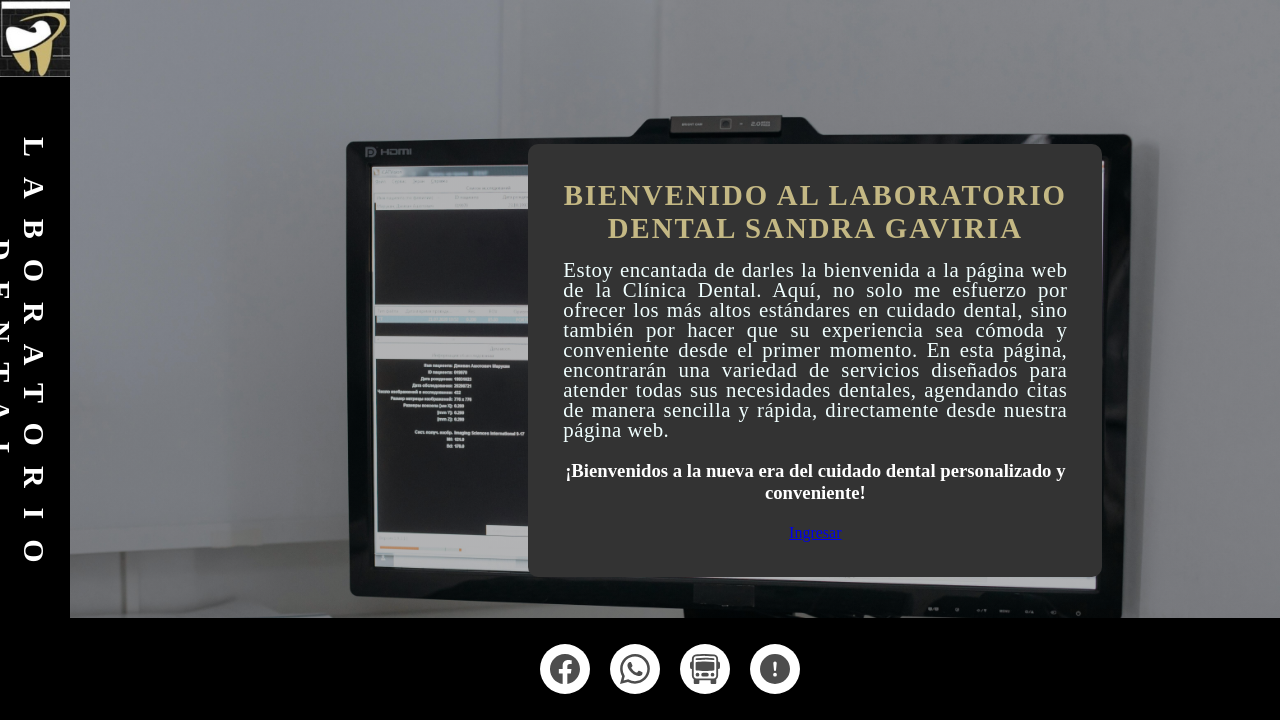
Repository: IIntef/ProyectoDental2.0
Page: Proyecto/Proyecto/Fer.html
An editor plug-in stored every save of this project. The page is shown before and after the next save, followed by the edit.
The browser window is 1280 px wide. The pictures show the whole page.

Above is the page before, as saved 2024-06-20 17:17:42.

### Proyecto/Proyecto/Fer.html
<!DOCTYPE html>
<html lang="en">
<head>
    <meta charset="UTF-8">
    <meta name="viewport" content="width=device-width, initial-scale=1.0">
    <title>Inicio</title>
    <link rel="stylesheet" href="StyleFer.css">
<body>
    <header>
        <img src="Logo.jpeg" alt="Logo Laboratorio Dental">
        <h1>LABORATORIO DENTAL</h1>
    </header>
    <main>
        <div class="container">
            <h2>BIENVENIDO AL LABORATORIO DENTAL SANDRA GAVIRIA</h2>
            <p>Estoy encantada de darles la bienvenida a la página web de la Clínica Dental. Aquí, no solo me esfuerzo por ofrecer los más altos estándares
            en cuidado dental, sino también por hacer que su experiencia sea cómoda y conveniente desde el primer momento.
            En esta página, encontrarán una variedad de servicios diseñados para atender todas sus necesidades dentales, agendando citas de manera sencilla y rápida, directamente desde nuestra página web.</p>
            <h3>¡Bienvenidos a la nueva era del cuidado dental personalizado y conveniente!</h3>
            <div class="buttons">
                <a href="#" class="btn"> Ingresar</a>
            </div>
        </div>
    </main>
    <footer>
        <ul class="example-2">
            <li class="icon-content">
            <a
                href="https://www.facebook.com/profile.php?id=100042873386422&mibextid=ZbWKwL"
                aria-label="Facebook"
                data-social="Facebook">
                <div class="filled"></div>
                <svg xmlns="http://www.w3.org/2000/svg" width="16" height="16" fill="currentColor" class="bi bi-facebook" viewBox="0 0 16 16">
                    <path d="M16 8.049c0-4.446-3.582-8.05-8-8.05C3.58 0-.002 3.603-.002 8.05c0 4.017 2.926 7.347 6.75 7.951v-5.625h-2.03V8.05H6.75V6.275c0-2.017 1.195-3.131 3.022-3.131.876 0 1.791.157 1.791.157v1.98h-1.009c-.993 0-1.303.621-1.303 1.258v1.51h2.218l-.354 2.326H9.25V16c3.824-.604 6.75-3.934 6.75-7.951"/>
                </svg>
            </a>
            <div class="tooltip">Facebook</div>
            </li>
            <li class="icon-content">
            <a href="#" aria-label="Whatsapp" data-social="Whatsapp">
                <div class="filled"></div>
                <svg xmlns="http://www.w3.org/2000/svg" width="16" height="16" fill="currentColor" class="bi bi-whatsapp" viewBox="0 0 16 16">
                    <path d="M13.601 2.326A7.85 7.85 0 0 0 7.994 0C3.627 0 .068 3.558.064 7.926c0 1.399.366 2.76 1.057 3.965L0 16l4.204-1.102a7.9 7.9 0 0 0 3.79.965h.004c4.368 0 7.926-3.558 7.93-7.93A7.9 7.9 0 0 0 13.6 2.326zM7.994 14.521a6.6 6.6 0 0 1-3.356-.92l-.24-.144-2.494.654.666-2.433-.156-.251a6.56 6.56 0 0 1-1.007-3.505c0-3.626 2.957-6.584 6.591-6.584a6.56 6.56 0 0 1 4.66 1.931 6.56 6.56 0 0 1 1.928 4.66c-.004 3.639-2.961 6.592-6.592 6.592m3.615-4.934c-.197-.099-1.17-.578-1.353-.646-.182-.065-.315-.099-.445.099-.133.197-.513.646-.627.775-.114.133-.232.148-.43.05-.197-.1-.836-.308-1.592-.985-.59-.525-.985-1.175-1.103-1.372-.114-.198-.011-.304.088-.403.087-.088.197-.232.296-.346.1-.114.133-.198.198-.33.065-.134.034-.248-.015-.347-.05-.099-.445-1.076-.612-1.47-.16-.389-.323-.335-.445-.34-.114-.007-.247-.007-.38-.007a.73.73 0 0 0-.529.247c-.182.198-.691.677-.691 1.654s.71 1.916.81 2.049c.098.133 1.394 2.132 3.383 2.992.47.205.84.326 1.129.418.475.152.904.129 1.246.08.38-.058 1.171-.48 1.338-.943.164-.464.164-.86.114-.943-.049-.084-.182-.133-.38-.232"/>
                </svg>
            </a>
            <div class="tooltip">Whatsapp</div>
            </li>
            <li class="icon-content">
            <a
                href="https://maps.app.goo.gl/ANEuUgRV9diJPPBv7"
                aria-label="Mapa"
                data-social="Mapa">
                <div class="filled"></div>
                <svg xmlns="http://www.w3.org/2000/svg" width="16" height="16" fill="currentColor" class="bi bi-bus-front" viewBox="0 0 16 16">
                    <path d="M5 11a1 1 0 1 1-2 0 1 1 0 0 1 2 0m8 0a1 1 0 1 1-2 0 1 1 0 0 1 2 0m-6-1a1 1 0 1 0 0 2h2a1 1 0 1 0 0-2zm1-6c-1.876 0-3.426.109-4.552.226A.5.5 0 0 0 3 4.723v3.554a.5.5 0 0 0 .448.497C4.574 8.891 6.124 9 8 9s3.426-.109 4.552-.226A.5.5 0 0 0 13 8.277V4.723a.5.5 0 0 0-.448-.497A44 44 0 0 0 8 4m0-1c-1.837 0-3.353.107-4.448.22a.5.5 0 1 1-.104-.994A44 44 0 0 1 8 2c1.876 0 3.426.109 4.552.226a.5.5 0 1 1-.104.994A43 43 0 0 0 8 3"/>
                    <path d="M15 8a1 1 0 0 0 1-1V5a1 1 0 0 0-1-1V2.64c0-1.188-.845-2.232-2.064-2.372A44 44 0 0 0 8 0C5.9 0 4.208.136 3.064.268 1.845.408 1 1.452 1 2.64V4a1 1 0 0 0-1 1v2a1 1 0 0 0 1 1v3.5c0 .818.393 1.544 1 2v2a.5.5 0 0 0 .5.5h2a.5.5 0 0 0 .5-.5V14h6v1.5a.5.5 0 0 0 .5.5h2a.5.5 0 0 0 .5-.5v-2c.607-.456 1-1.182 1-2zM8 1c2.056 0 3.71.134 4.822.261.676.078 1.178.66 1.178 1.379v8.86a1.5 1.5 0 0 1-1.5 1.5h-9A1.5 1.5 0 0 1 2 11.5V2.64c0-.72.502-1.301 1.178-1.379A43 43 0 0 1 8 1"/>
                </svg>
            </a>
            <div class="tooltip">Ubicacion</div>
            </li>
            <li class="icon-content">
            <a href="#" aria-label="Acercade" data-social="Acercade">
                <div class="filled"></div>
                <svg xmlns="http://www.w3.org/2000/svg" width="16" height="16" fill="currentColor" class="bi bi-exclamation-circle-fill" viewBox="0 0 16 16">
                    <path d="M16 8A8 8 0 1 1 0 8a8 8 0 0 1 16 0M8 4a.905.905 0 0 0-.9.995l.35 3.507a.552.552 0 0 0 1.1 0l.35-3.507A.905.905 0 0 0 8 4m.002 6a1 1 0 1 0 0 2 1 1 0 0 0 0-2"/>
                </svg>
            </a>
            <div class="tooltip">Sobre Nosotros</div>
            </li>
        </ul>
    </footer>
</body>
</html>

### Proyecto/Proyecto/StyleFer.css
header{
    position: relative;
    background-color: #000000;
    width: fit-content;
    height: 100vh;
    display: flex;
    flex-direction: column;
    align-items: center;
    justify-content: space-between;
    z-index: 1;
}

header h1 {
        position: absolute;
        top: 0;
        bottom: 0;
        left: 0;
        right: 0;
        margin: 27%;
        writing-mode: vertical-rl;
        letter-spacing: 20px;
        font-size: 30px;
        transform: rotate(0deg);
        color: #fff;
        font-weight: bold;
    }


header img {
    width: 8vw;
    max-width: 70px;
}

main{
    width: 100%;
    justify-content:center;
    align-items: center;
    margin-left: calc(55% - 6.5cm);
}

.container{
    flex: 1;
    background-color: #333;
    color: #ffffff;
    padding: 35px;
    text-align: center;
    width: 70vw;
    max-width: 70vh;
    border-radius: 10px;
}
body {
    padding: 0;
    margin: 0;
    font-family: 'Times New Roman', Times, serif, Helvetica, Arial, sans-serif;
    display: flex;
    align-items: center;
    min-height: 100%;
    background: linear-gradient(rgba(5,7,12,0.3), rgba(5,7,12,0.3)), url("Fondo.jpg"), no-repeat center center fixed;
    width: 100%;
    background-size: cover;
}

h1{
    margin: 0;
    color: white;
    font-family: 'Fredoka One', cursive;
    letter-spacing: 2px;
    font-size: clamp(1.5rem, 2.5vw, 2rem);
    text-align: center;
}

h2{
    margin: 0;
    color: #c4b884;
    font-family: 'Fredoka One';
    letter-spacing: 2px;
    font-size: clamp(1.2rem, 2.5vw, 1.8rem);
    text-align:center;
}

h3{
    color: #ffffff;
}

p{
    font-weight: 100;
    line-height: 20px;
    letter-spacing: 0.5px;
    margin: 15px 0 20px;
    font-size: clamp(1.2rem, 2.5vw, 1.3rem);
    text-align: justify;
    color:azure;
}


.buttons {
    margin-top: 20px;
    align-items: center;
}

button {
    font-size: large;
    background-color: #c8b87d;
    color: #ffffff;
    border: none;
    padding: 10px 20px;
    margin: 5px;
    cursor: pointer;
    border-radius: 30px; /* Bordes redondos */
    transition: background-color 0.3s; /* Transición suave del color de fondo */
}

button:hover {
    background-color: #c4b884; /* Cambia el color al pasar el cursor */
}

footer{
    position: fixed; /* Fijar el pie de página */
    bottom: 0; /* Alinearlo al fondo */
    left: 0; /* Alinearlo a la izquierda */
    width: 100%; /* Ocupar todo el ancho */
    background-color: #000000; /* Color de fondo */
    padding: 10px; /* Espaciado interior */
    text-align: right; /* Alinear contenido a la derecha */
    color: #ffffff; /* Color del texto */
}
h6{
    text-align: center;
    letter-spacing: 0cap;
}

footer img {
    width: 8vw;
    max-width: 70px;
}

iframe img{
    width: 8vw;
    max-width: 70px;
}

ul {
    list-style: none;
}

.example-2 {
    display: flex;
    justify-content: center;
    align-items: center;
}

.example-2 .icon-content {
    margin: 0 10px;
    position: relative;
}
.example-2 .icon-content .tooltip {
    position: absolute;
    top: -30px;
    left: 50%;
    transform: translateX(-50%);
    color: #fff;
    padding: 6px 10px;
    border-radius: 5px;
    opacity: 0;
    visibility: hidden;
    font-size: 14px;
    transition: all 0.3s ease;
}

.example-2 .icon-content:hover .tooltip {
    opacity: 1;
    visibility: visible;
    top: -50px;
}
.example-2 .icon-content a {
    position: relative;
    overflow: hidden;
    display: flex;
    justify-content: center;
    align-items: center;
    width: 50px;
    height: 50px;
    border-radius: 50%;
    color: #4d4d4d;
    background-color: #fff;
    transition: all 0.3s ease-in-out;
}

.example-2 .icon-content a:hover {
    box-shadow: 3px 2px 45px 0px rgb(0 0 0 / 12%);
}

.example-2 .icon-content a svg {
    position: relative;
    z-index: 1;
    width: 30px;
    height: 30px;
}

.example-2 .icon-content a:hover {
    color: white;
}

.example-2 .icon-content a .filled {
    position: absolute;
    top: auto;
    bottom: 0;
    left: 0;
    width: 100%;
    height: 0;
    background-color: #000;
    transition: all 0.3s ease-in-out;
}

.example-2 .icon-content a:hover .filled {
    height: 100%;
}

.example-2 .icon-content a[data-social="Facebook"] .filled,
.example-2 .icon-content a[data-social="Facebook"] ~ .tooltip {
    background-color: #142fcc;
}

.example-2 .icon-content a[data-social="Whatsapp"] .filled,
.example-2 .icon-content a[data-social="Whatsapp"] ~ .tooltip {
    background-color: #258525;
}
.example-2 .icon-content a[data-social="Mapa"] .filled,
.example-2 .icon-content a[data-social="Mapa"] ~ .tooltip {
    background-color: rgb(153, 62, 62);
}
.example-2 .icon-content a[data-social="Acercade"] .filled,
.example-2 .icon-content a[data-social="Acercade"] ~ .tooltip {
    background-color: #837431;
}

.tooltip {
    text-align: center;
}

After the next save:
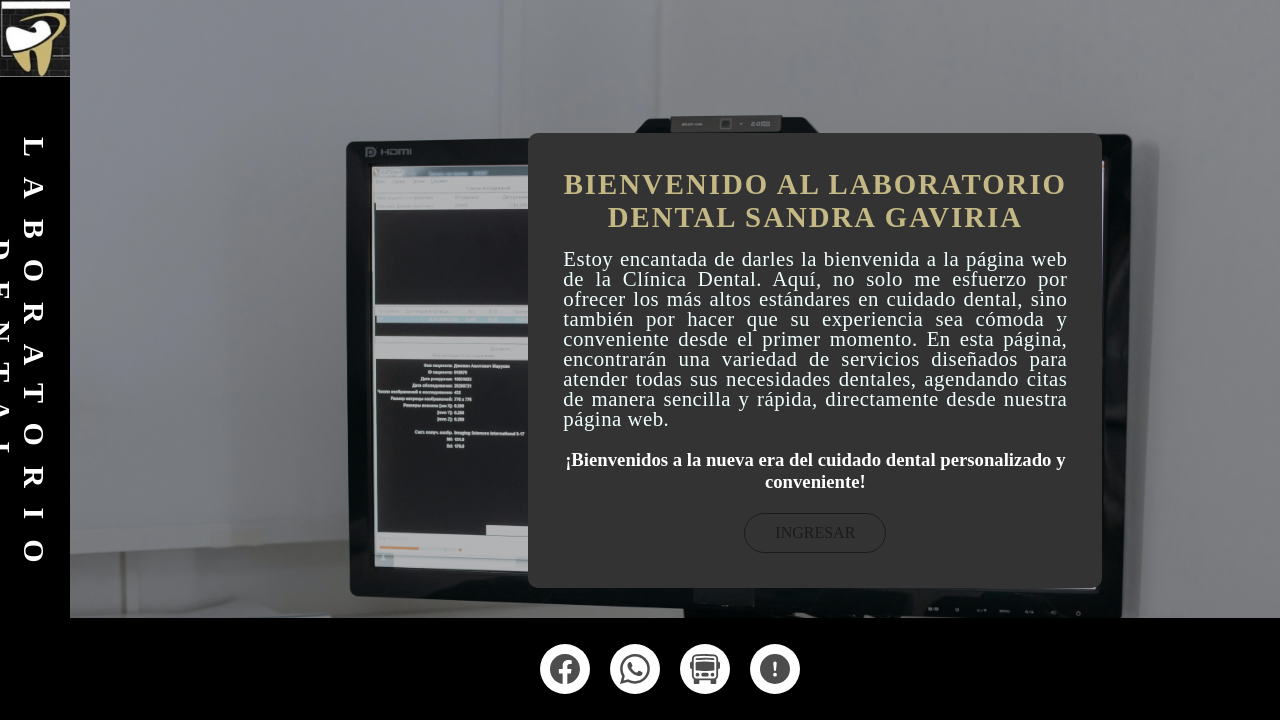
Saved 67 s later.
--- a/Proyecto/Proyecto/StyleFer.css
+++ b/Proyecto/Proyecto/StyleFer.css
@@ -98,20 +98,45 @@ p{
     align-items: center;
 }
 
-button {
-    font-size: large;
-    background-color: #c8b87d;
-    color: #ffffff;
-    border: none;
-    padding: 10px 20px;
-    margin: 5px;
-    cursor: pointer;
-    border-radius: 30px; /* Bordes redondos */
-    transition: background-color 0.3s; /* Transición suave del color de fondo */
-}
-
-button:hover {
-    background-color: #c4b884; /* Cambia el color al pasar el cursor */
+.btn:link,
+.btn:visited {
+text-transform: uppercase;
+text-decoration: none;
+color: rgb(27, 27, 27);
+padding: 10px 30px;
+border: 1px solid;
+border-radius: 1000px;
+display: inline-block;
+transition: all .2s;
+position: relative;
+}
+
+.btn:hover {
+transform: translateY(-5px);
+box-shadow: 0 10px 20px rgba(27, 27, 27, .5);
+}
+
+.btn:active {
+transform: translateY(-3px);
+}
+
+.btn::after {
+content: "";
+display: inline-block;
+height: 100%;
+width: 100%;
+border-radius: 100px;
+top: 0;
+left: 0;
+position: absolute;
+z-index: -1;
+transition: all .3s;
+}
+
+.btn:hover::after {
+background-color: rgb(0, 238, 255);
+transform: scaleX(1.4) scaleY(1.5);
+opacity: 0;
 }
 
 footer{
